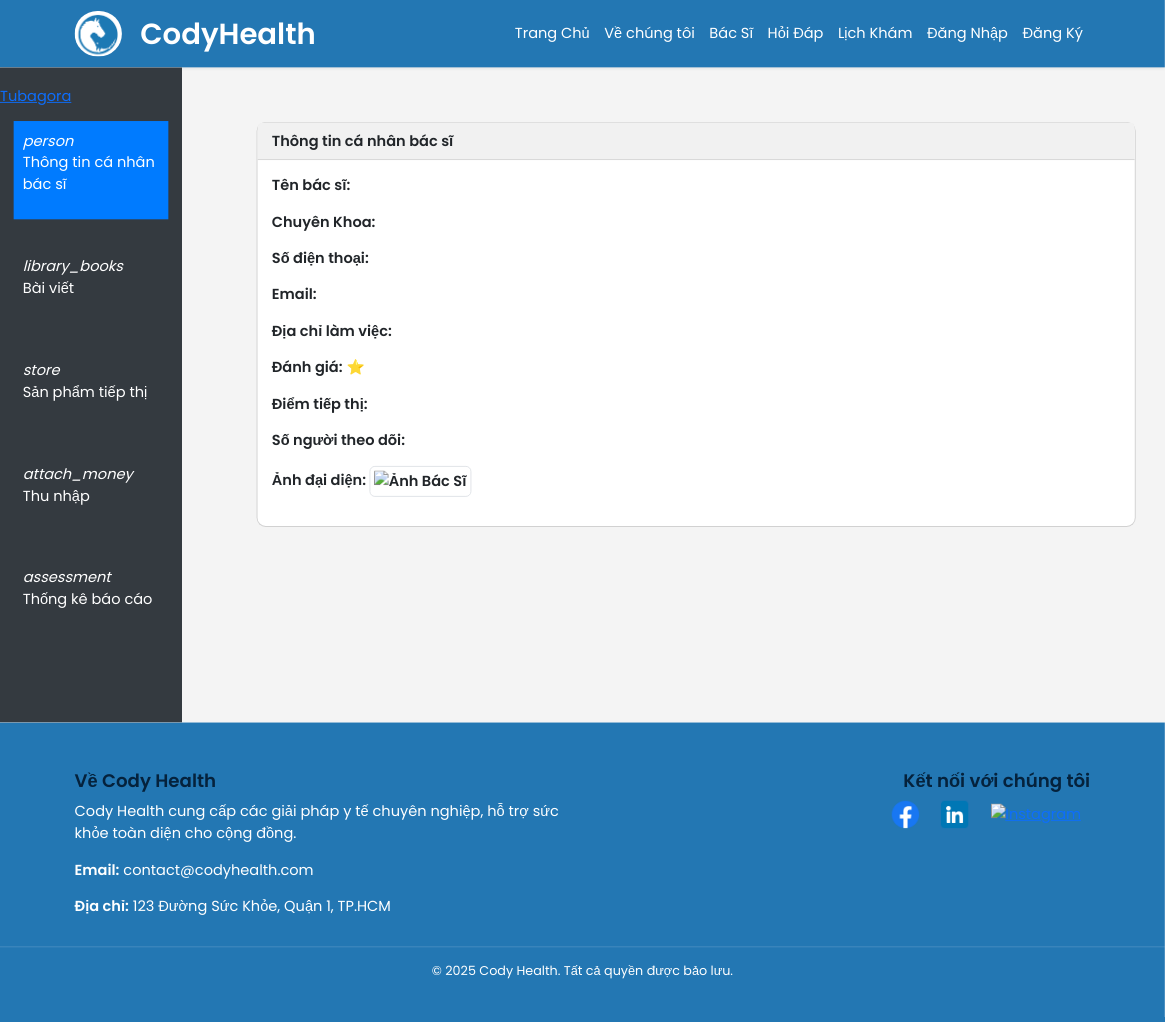
Repository: JonesKhaii/CodySocial
Page: resources/views/doctor/profile.blade.php
These files come from the project's save history. The page is drawn as it stood at one moment and after the next save; the edit follows.
The browser window is 1280 px wide. The pictures show the whole page, at 91% of full size.
The page is served by the project's Laravel application, run on PHP 8.4 with Laravel 12. The template is opened directly, without the code that normally fills it, so the values that code supplies are empty.

Above is the page before, as saved 2025-02-14 11:09:01.

After the next save:
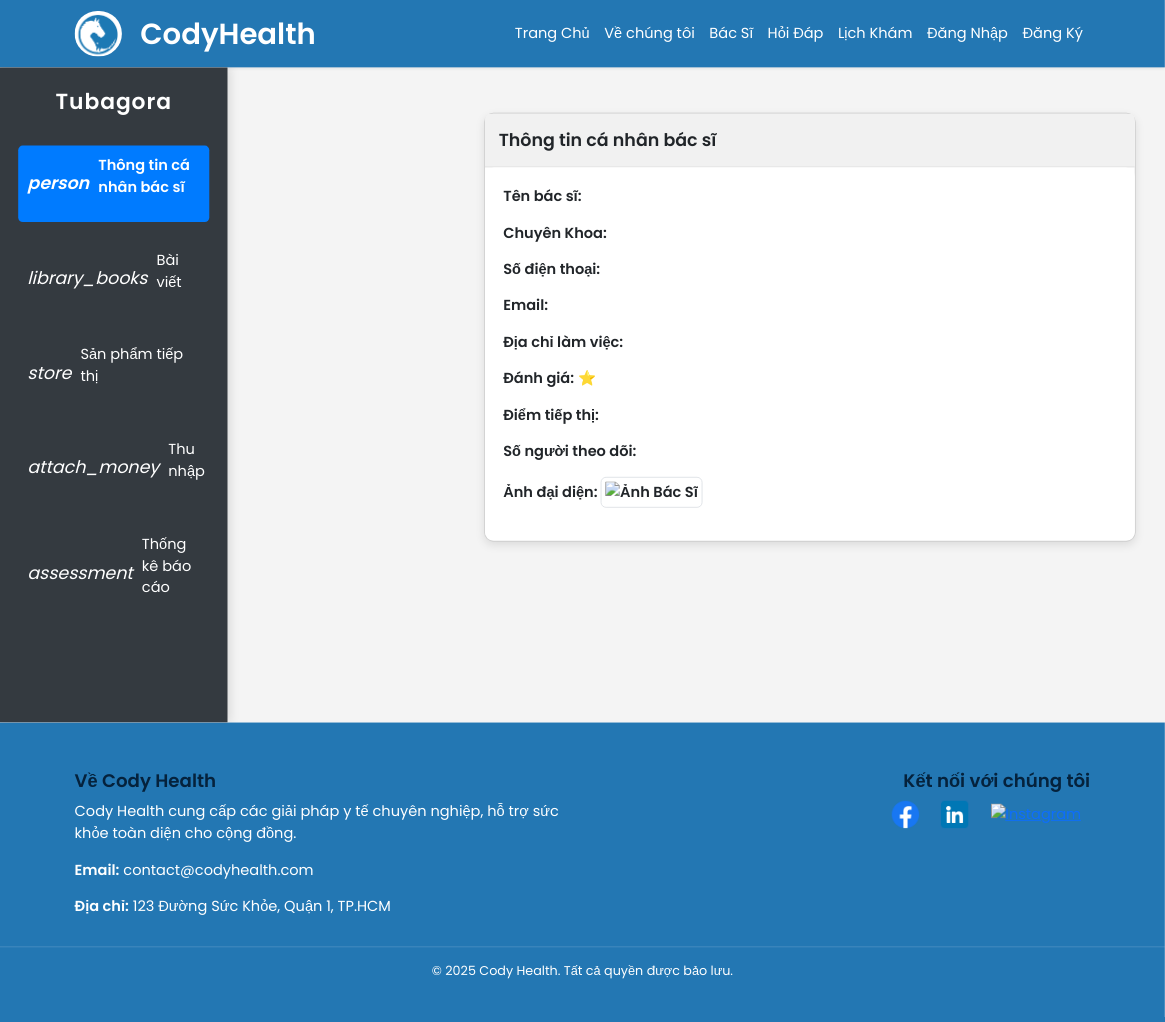
Saved 98 s later.
--- a/resources/views/doctor/profile.blade.php
+++ b/resources/views/doctor/profile.blade.php
@@ -16,11 +16,35 @@
         .sidebar {
             width: 250px;
             background-color: #343a40;
+            /* Màu nền tối */
             color: #fff;
             padding-top: 20px;
             height: 100%;
             position: relative;
-            /* Không còn fix cứng nữa */
+            box-shadow: 4px 0 10px rgba(0, 0, 0, 0.1);
+            /* Thêm bóng đổ */
+            transition: all 0.3s ease;
+        }
+
+        .sidebar .logo {
+            text-align: center;
+            margin-bottom: 20px;
+        }
+
+        .sidebar .logo a {
+            font-size: 1.5em;
+            color: #fff;
+            font-weight: bold;
+            text-decoration: none;
+            letter-spacing: 1px;
+        }
+
+        .sidebar .logo a:hover {
+            color: #007bff;
+        }
+
+        .sidebar .sidebar-wrapper {
+            padding: 0;
         }
 
         .sidebar .nav {
@@ -29,36 +53,57 @@
         }
 
         .sidebar .nav-item {
-            padding: 15px;
+            padding: 10px 20px;
+            position: relative;
+            transition: background-color 0.3s ease;
+        }
+
+        .sidebar .nav-item:hover {
+            background-color: #495057;
+            /* Màu nền hover */
+        }
+
+        .sidebar .nav-item.active .nav-link {
+            background-color: #007bff;
+            /* Màu nền khi active */
+            font-weight: bold;
+            border-radius: 5px;
         }
 
         .sidebar .nav-link {
             color: #fff;
-            display: block;
+            display: flex;
+            align-items: center;
             text-decoration: none;
             padding: 10px;
+            transition: color 0.3s ease;
         }
 
         .sidebar .nav-link:hover {
-            background-color: #575757;
-        }
-
-        .sidebar .nav-item.active .nav-link {
-            background-color: #007bff;
+            color: #007bff;
+            /* Màu chữ khi hover */
         }
 
         .sidebar .material-icons {
             margin-right: 10px;
+            font-size: 1.2em;
+        }
+
+        .sidebar .nav-item.active .material-icons {
+            color: #fff;
+            /* Màu icon khi active */
+        }
+
+        .sidebar .nav-item .nav-link {
+            font-size: 1em;
         }
 
         /* Main Content */
         .main-panel {
-            margin-left: 50px;
-            /* Để phần content không bị chồng lên sidebar */
+            margin-left: 250px;
             padding: 20px;
+            width: 100%;
             overflow-y: auto;
-            width: 100%;
-            /* Đảm bảo rằng chiều rộng sẽ co lại theo màn hình */
         }
 
         .tab-content {
@@ -67,23 +112,53 @@
 
         .card {
             margin-bottom: 20px;
+            border-radius: 10px;
+            box-shadow: 0 4px 10px rgba(0, 0, 0, 0.1);
         }
 
         .card-header {
             background-color: #f1f1f1;
             font-weight: bold;
-        }
-
-        /* Adjusting the look for cards inside the tab */
-        .nav-tabs .nav-item {
-            margin-bottom: 15px;
-        }
-
-        /* Scrollbar */
-        .main-panel {
-            overflow-y: scroll;
+            font-size: 1.2em;
+            padding: 15px;
+        }
+
+        .card-body {
+            padding: 20px;
+            background-color: #fff;
+            border-radius: 10px;
+        }
+
+        /* Thêm hiệu ứng chuyển động cho Sidebar */
+        .sidebar:hover {
+            width: 280px;
+            /* Khi hover vào sidebar sẽ mở rộng */
+        }
+
+        .sidebar .nav-item .nav-link i {
+            font-size: 1.2em;
+        }
+
+        /* Sidebar Toggler */
+        .text-center button {
+            position: absolute;
+            bottom: 20px;
+            left: 50%;
+            transform: translateX(-50%);
+            background-color: #343a40;
+            color: #fff;
+            border: none;
+            padding: 10px;
+            border-radius: 50%;
+            cursor: pointer;
+            transition: background-color 0.3s ease;
+        }
+
+        .text-center button:hover {
+            background-color: #007bff;
         }
     </style>
+
 
     <div class="wrapper">
         <!-- Sidebar -->
